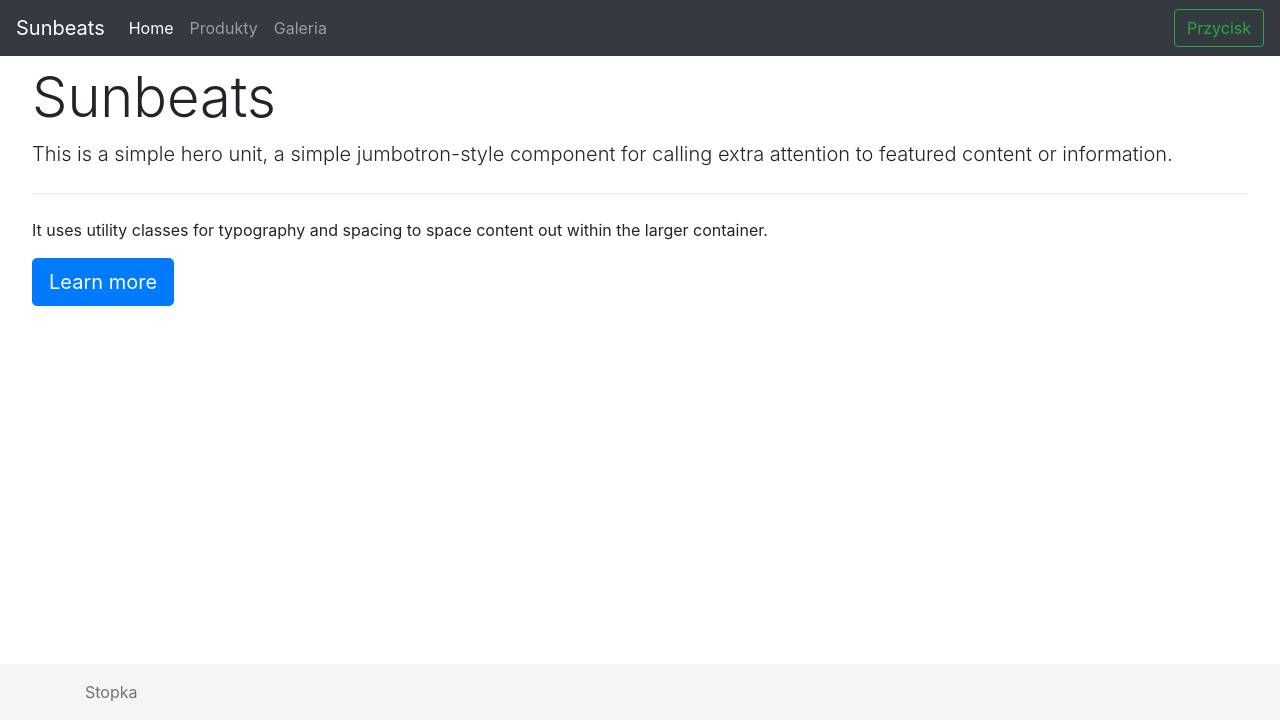
Repository: Audio-site/sunbeats
Page: index.html
The author's editor kept a copy of each file at every save. The page is drawn from the files as they stood at one save, then again after the next save.
The browser window is 1280 px wide. The pictures show the whole page.

Above is the page before, as saved 2020-08-25 00:22:06.

### index.html
<!doctype html>
<html lang="en" class="h-100">
  <head>
    <meta charset="utf-8">
    <meta name="viewport" content="width=device-width, initial-scale=1, shrink-to-fit=no">
    <meta name="description" content="">
    <meta name="author" content="Mark Otto, Jacob Thornton, and Bootstrap contributors">
    <meta name="generator" content="Jekyll v4.1.1">
    <title>Sunbeats</title>

    <link rel="canonical" href="https://getbootstrap.com/docs/4.5/examples/sticky-footer-navbar/">

    <!-- Bootstrap core CSS -->
<link href="../assets/dist/css/bootstrap.min.css" rel="stylesheet">

    <style>
      .bd-placeholder-img {
        font-size: 1.125rem;
        text-anchor: middle;
        -webkit-user-select: none;
        -moz-user-select: none;
        -ms-user-select: none;
        user-select: none;
      }

      @media (min-width: 768px) {
        .bd-placeholder-img-lg {
          font-size: 3.5rem;
        }
      }

    </style>
    <!-- Custom styles for this template -->
    <link href="../assets/css/sticky-footer-navbar.css" rel="stylesheet">
  </head>
  <body class="d-flex flex-column h-100">
    <header>
  <!-- Fixed navbar -->
  <nav class="navbar navbar-expand-md navbar-dark fixed-top bg-dark">
    <a class="navbar-brand" href="#">Sunbeats</a>
    <button class="navbar-toggler" type="button" data-toggle="collapse" data-target="#navbarCollapse" aria-controls="navbarCollapse" aria-expanded="false" aria-label="Toggle navigation">
      <span class="navbar-toggler-icon"></span>
    </button>
    <div class="collapse navbar-collapse" id="navbarCollapse">
      <ul class="navbar-nav mr-auto">
        <li class="nav-item active">
          <a class="nav-link" href="../index.html">Home <span class="sr-only">(current)</span></a>
        </li>
        <li class="nav-item">
          <a class="nav-link" href="../products.html">Produkty</a>
        </li>
        <li class="nav-item">
          <a class="nav-link" href="#">Galeria</a>
        </li>
      </ul>
        <button class="btn btn-outline-success my-2 my-sm-0" type="submit">Przycisk</button>
    </div>
  </nav>
</header>

<!-- Begin page content -->

<div class="jumbotron bg-white">
  <h1 class="display-4">Sunbeats</h1>
  <p class="lead">This is a simple hero unit, a simple jumbotron-style component for calling extra attention to featured content or information.</p>
  <hr class="my-4">
  <p>It uses utility classes for typography and spacing to space content out within the larger container.</p>
  <a class="btn btn-primary btn-lg" href="#" role="button">Learn more</a>
</div>

<footer class="footer mt-auto py-3">
  <div class="container">
    <span class="text-muted">Stopka</span>
  </div>
</footer>
<script src="https://code.jquery.com/jquery-3.5.1.slim.min.js" integrity="sha384-DfXdz2htPH0lsSSs5nCTpuj/zy4C+OGpamoFVy38MVBnE+IbbVYUew+OrCXaRkfj" crossorigin="anonymous"></script>
      <script>window.jQuery || document.write('<script src="../assets/js/vendor/jquery.slim.min.js"><\/script>')</script><script src="../assets/dist/js/bootstrap.bundle.min.js"></script>
</html>

Loaded but not shown: assets/dist/css/bootstrap.min.css (library); assets/css/sticky-footer-navbar.css (common file); assets/dist/js/bootstrap.bundle.min.js (library)

After the next save:
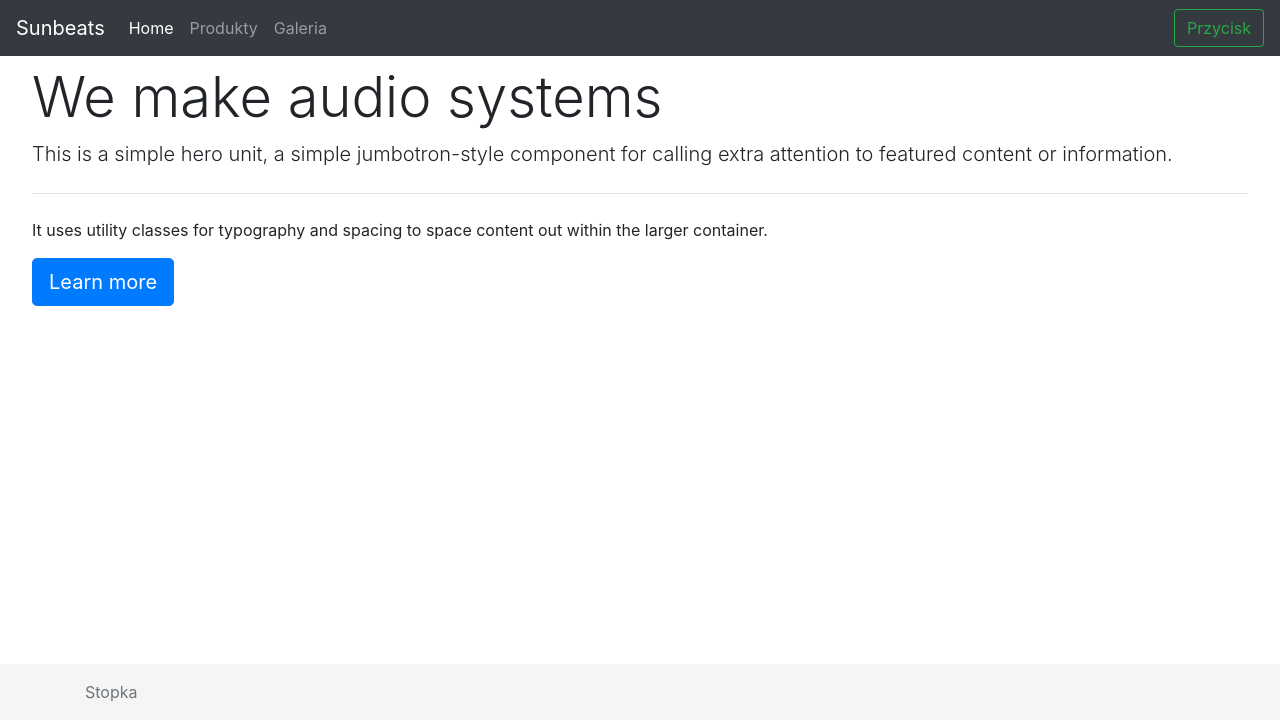
Saved 7 s later.
--- a/index.html
+++ b/index.html
@@ -61,7 +61,7 @@
 <!-- Begin page content -->
 
 <div class="jumbotron bg-white">
-  <h1 class="display-4">Sunbeats</h1>
+  <h1 class="display-4">We make audio systems</h1>
   <p class="lead">This is a simple hero unit, a simple jumbotron-style component for calling extra attention to featured content or information.</p>
   <hr class="my-4">
   <p>It uses utility classes for typography and spacing to space content out within the larger container.</p>
